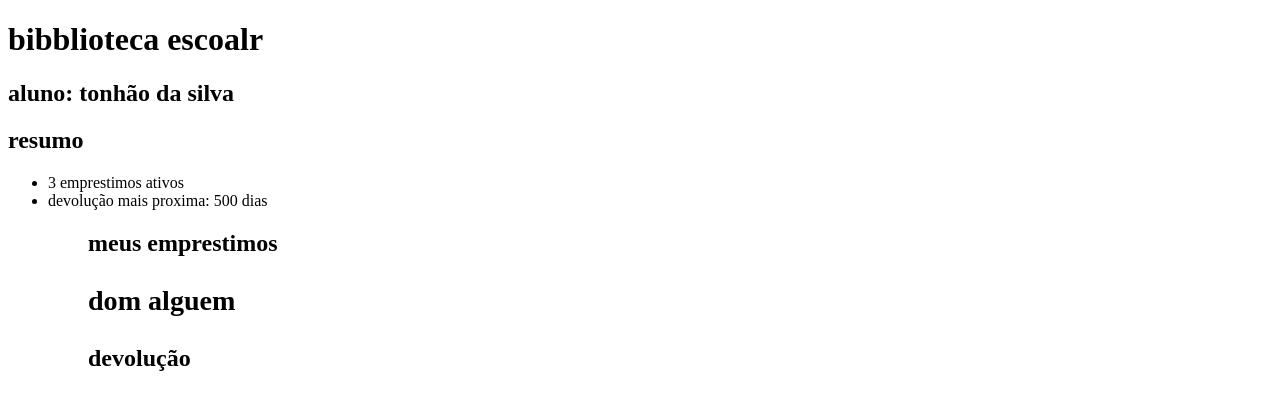
Repository: melloeduarda/html
Page: index.html
An editor plug-in stored every save of this project. The page is shown before and after a run of saves, followed by the edit.
The browser window is 1280 px wide. The pictures show the whole page.

Above is the page before, as saved 2026-10-28 15:17:06.

After the next 3 saves:
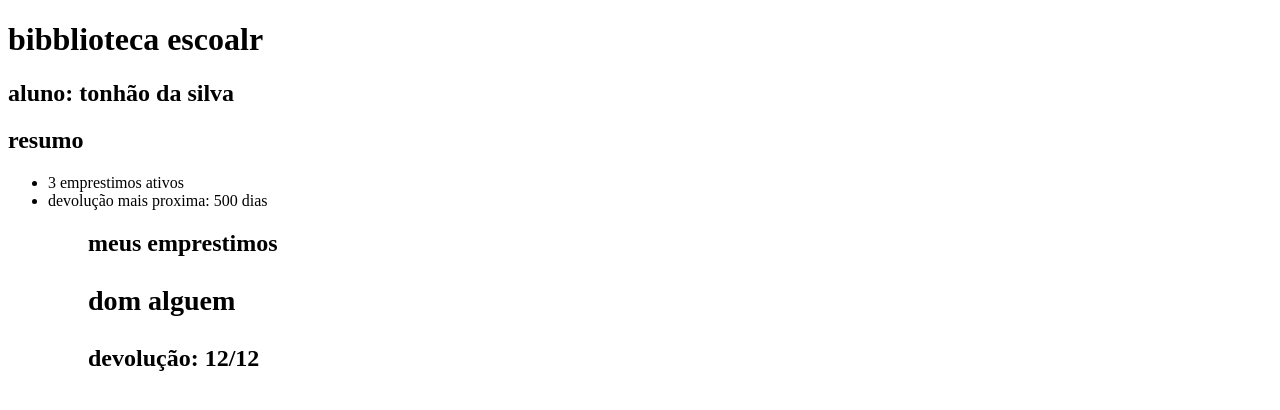
The 3 saves are shown as one change because they came seconds apart.
The last was saved 10 s later.
--- a/index.html
+++ b/index.html
@@ -21,4 +21,4 @@
 <h2>meus emprestimos<h2>
     <div class="card">
         <h3>dom alguem</h3>
-        <p>devolução
+        <p>devolução: 12/12<p>
